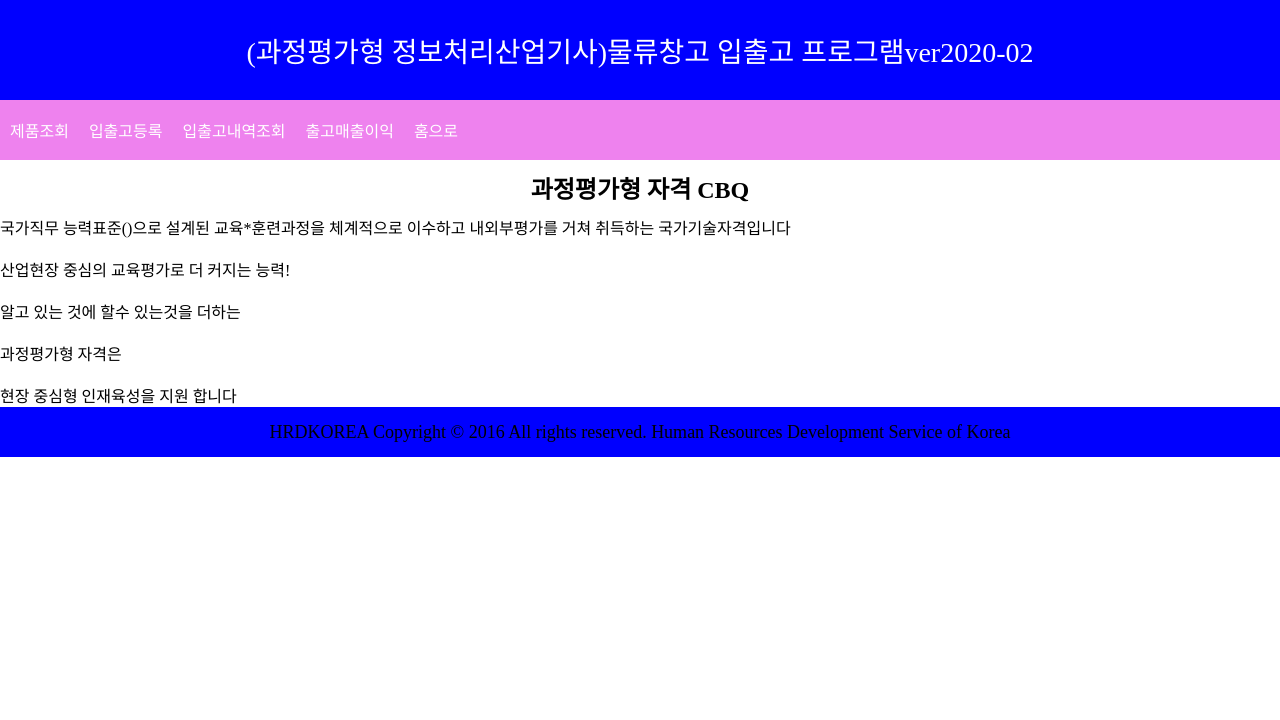
Repository: anakyn01/2_two
Page: http://localhost/cbq_1/two.jsp
These files come from the project's save history. The page is drawn as it stood at one moment and after the next save; the edit follows.
The browser window is 1280 px wide. The pictures show the whole page.
The page is served by Tomcat 9.

Above is the page before, as saved 2024-12-11 06:04:48.

After the next save:
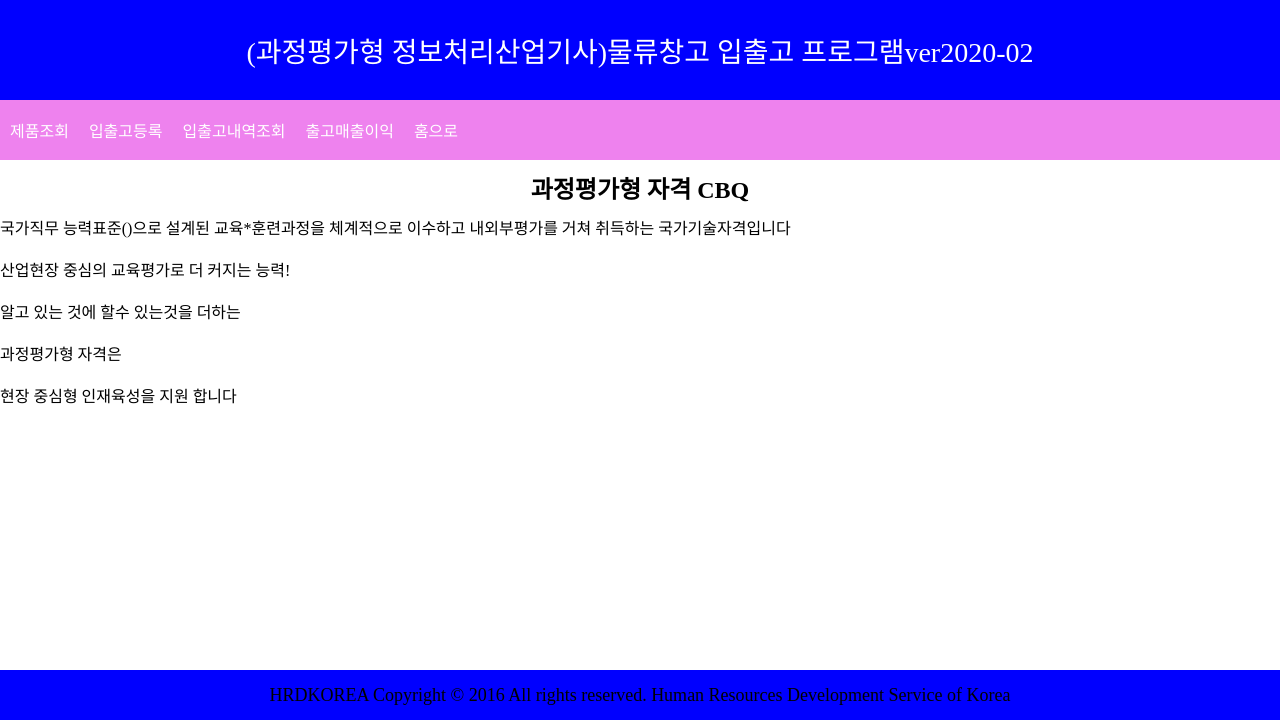
Saved 118 s later.
--- a/exam/cbq_1/src/main/webapp/css/style.css
+++ b/exam/cbq_1/src/main/webapp/css/style.css
@@ -31,4 +31,5 @@ footer{
 width:100%; background-color:blue;
 height:50px; font-size:18px;
 display:flex; justify-content:center; align-items:center;
+position:fixed; z-index:2; right:0; bottom:0;
 }
